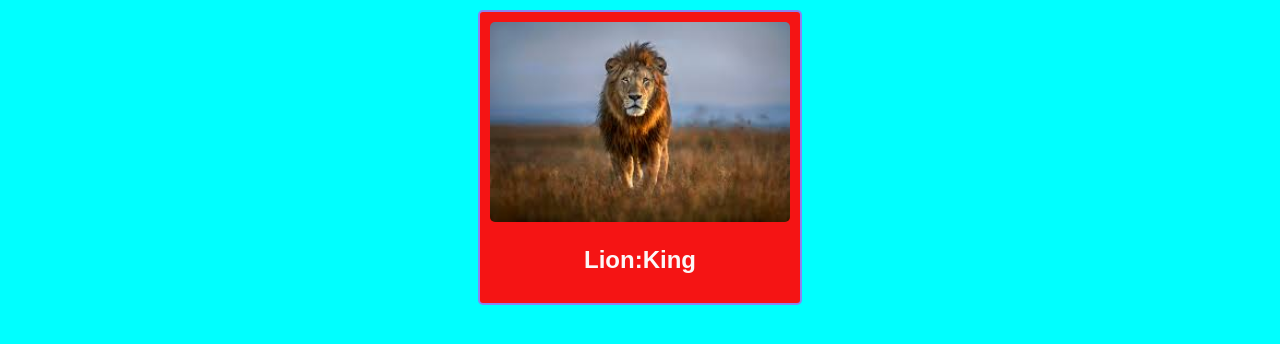
Repository: KingBoyMaylow/Animal-trading-card
Page: index.html
An editor plug-in stored every save of this project. The page is shown before and after a run of saves, followed by the edit.
The browser window is 1280 px wide. The pictures show the whole page.

Above is the page before, as saved 2024-05-13 21:51:16.

After the next 4 saves:
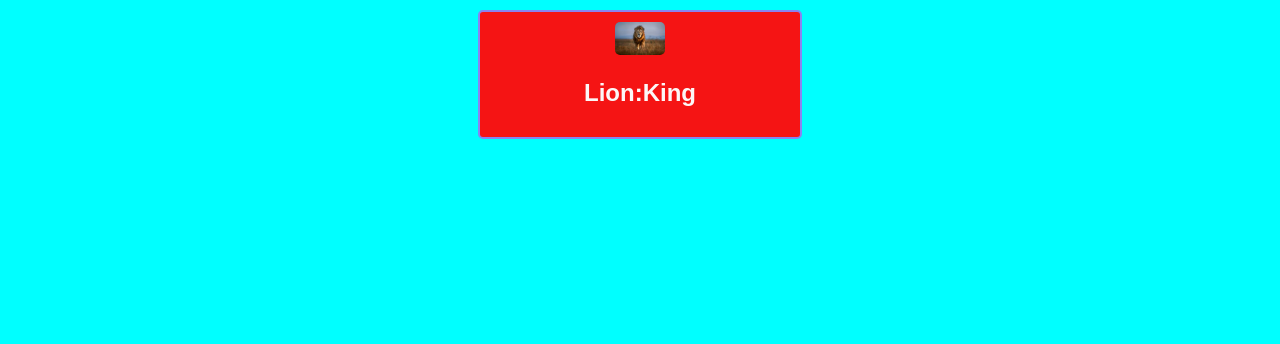
The 4 saves are shown as one change because they came seconds apart.
The last was saved 12 s later.
--- a/index.html
+++ b/index.html
@@ -21,7 +21,7 @@
         background-color: #f51414;
     }
     .card img {
-        width: 100%;
+        width: 50px;
         border-radius: 5px;
 
     }
